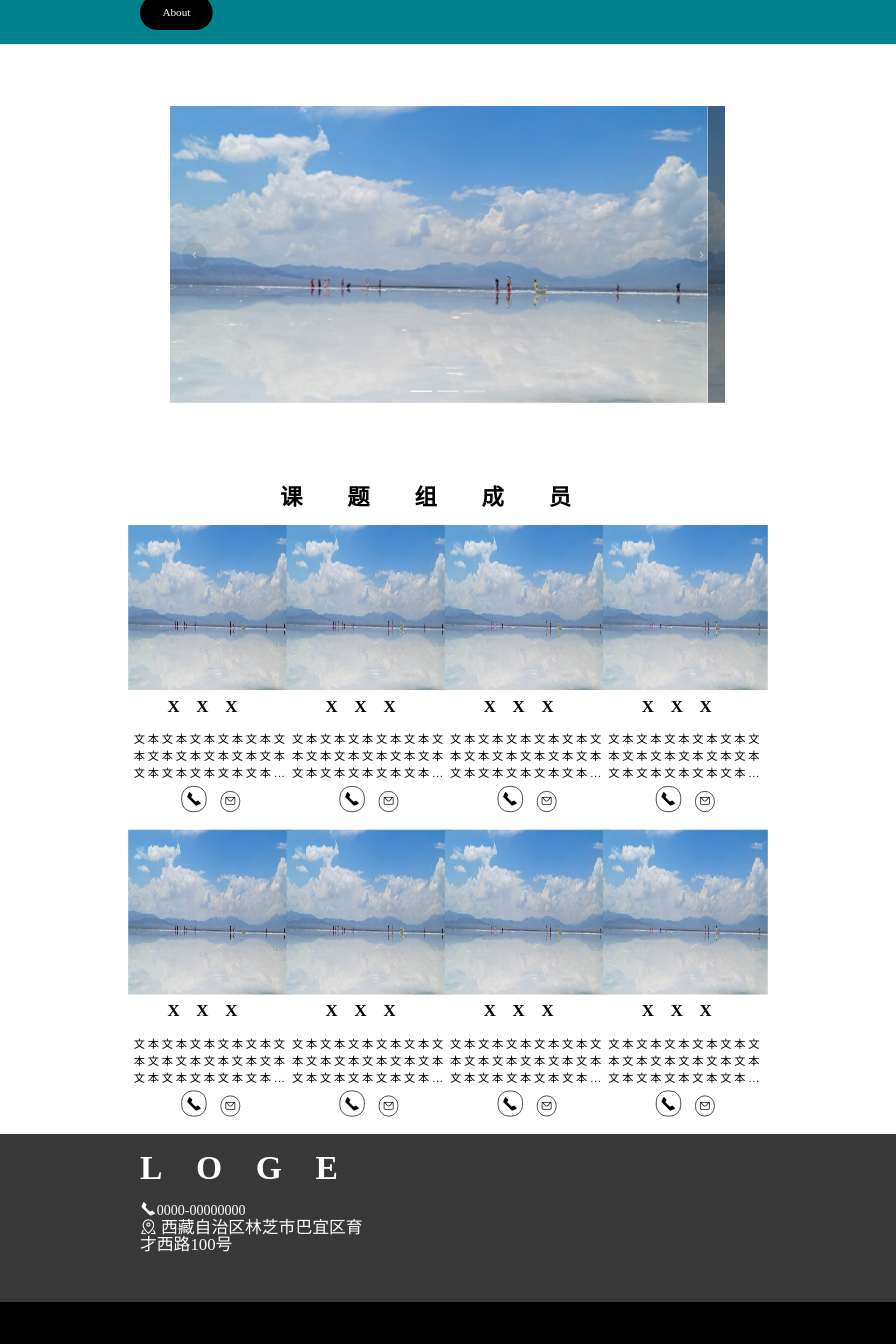
Repository: BLSY/xzust
Page: /
These files come from the project's save history. The page is drawn as it stood at one moment and after the next save; the edit follows.
The browser window is 1280 px wide. The pictures show the part of the page from y = 1230 to 3150 px (the page is 3150 px tall), at 70% of full size.
The project was rebuilt for these pictures with package versions that can differ from the ones it lists, and the page was loaded fresh each time.

Above is the page before, as saved 2022-11-27 12:55:08.

After the next save:
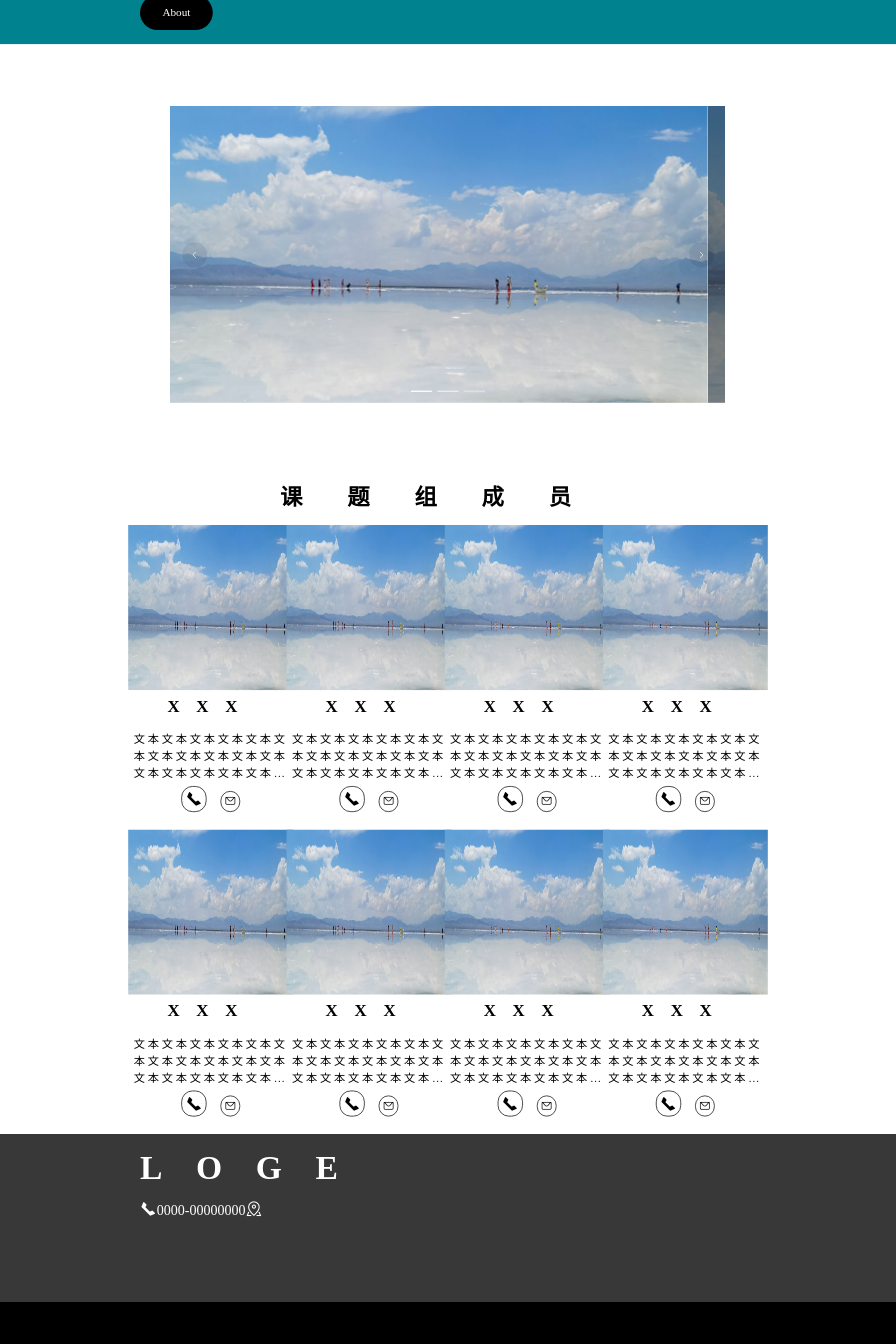
Saved 12 s later.
--- a/src/components/HelloWorld.vue
+++ b/src/components/HelloWorld.vue
@@ -115,8 +115,7 @@
         <div class="edition-phone">
           <i class="el-icon-phone "></i>
             <span class="phone-icon">0000-00000000</span>
-          <i class="el-icon-map-location">
-            <span class="address-icon"> 西藏自治区林芝市巴宜区育才西路100号</span> </i>
+          <i class="el-icon-map-location"></i>
         </div>
       </div>
       </div>
